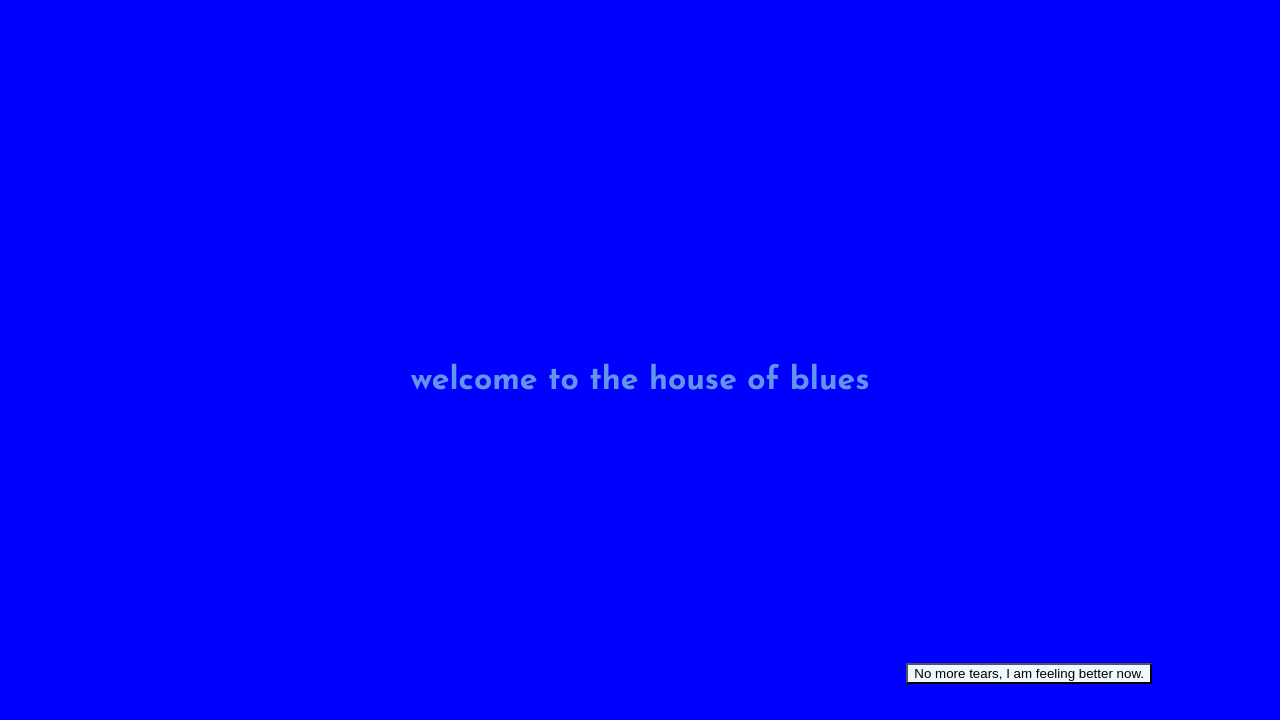
Repository: olivia-clarkeedwards/house-of-blues
Page: index.html
An editor plug-in stored every save of this project. The page is shown before and after the next save, followed by the edit.
The browser window is 1280 px wide. The pictures show the whole page.

Above is the page before, as saved 2023-02-16 12:45:44.

After the next save:
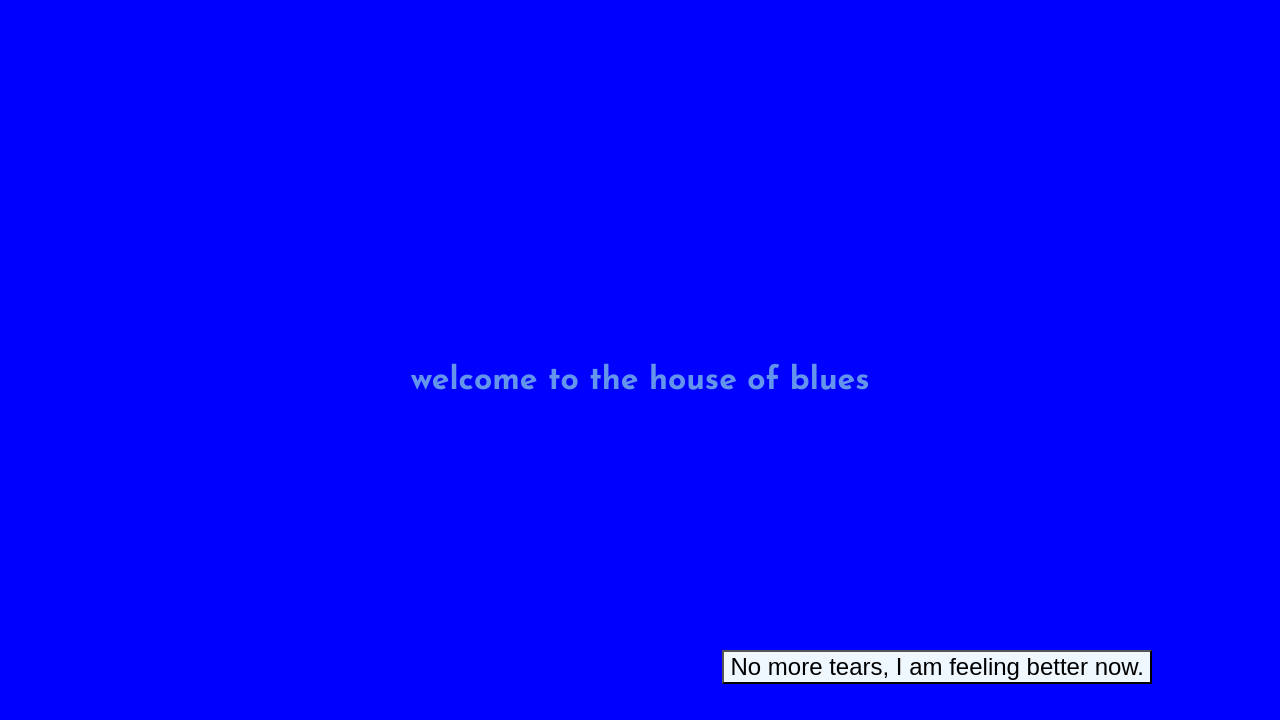
Saved 6 s later.
--- a/main.css
+++ b/main.css
@@ -29,7 +29,7 @@ button {
   bottom: 5%;
   right: 10%;
   background-color: aliceblue;
-  font-size:
+  font-size:1.5rem;
 }
 
 .drop {
